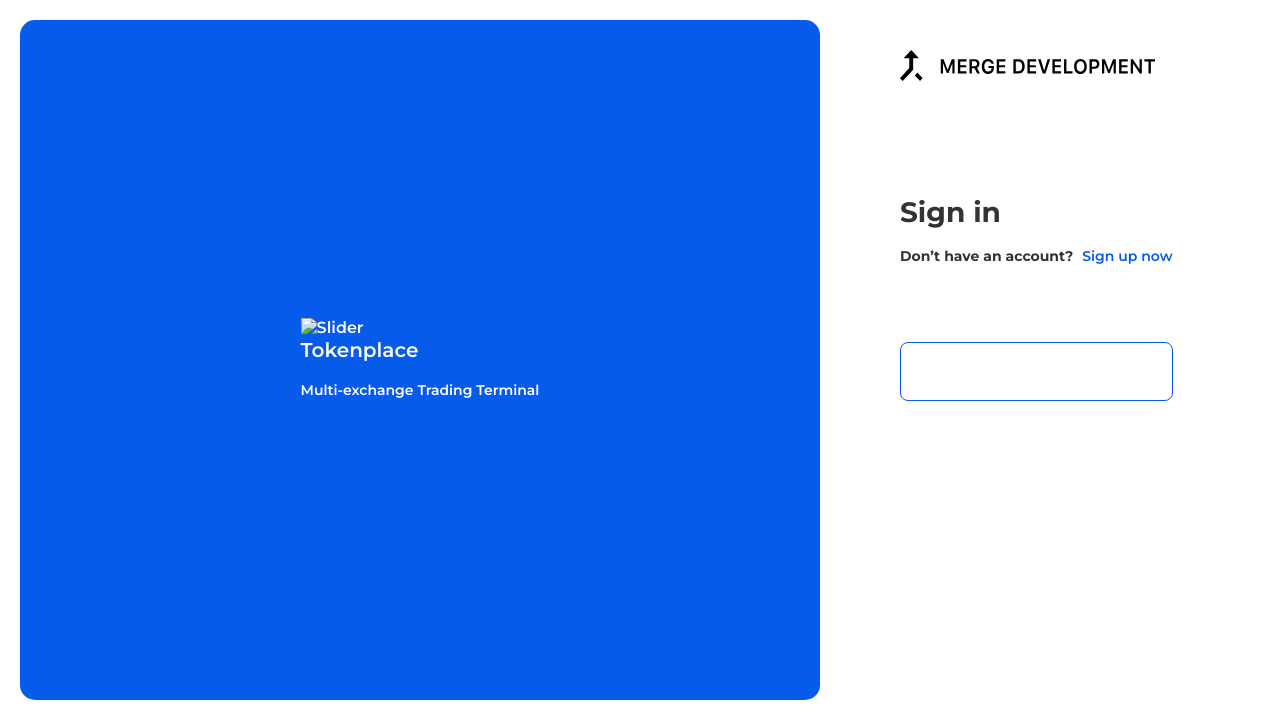
Repository: 13RedFox/form-project
Page: /
These files come from the project's save history. The page is drawn as it stood at one moment and after the next save; the edit follows.
The browser window is 1280 px wide. The pictures show the whole page.
The project was rebuilt for these pictures with package versions that can differ from the ones it lists, and the page was loaded fresh each time.

Above is the page before, as saved 2021-08-04 18:16:03.

### public/index.html
<!DOCTYPE html>
<html lang="en">

<head>
  <meta charset="utf-8" />
  <link rel="icon" href="%PUBLIC_URL%/favicon.ico" />
  <meta name="viewport" content="width=device-width, initial-scale=1" />
  <meta name="theme-color" content="#000000" />
  <meta name="description" content="Web site created using create-react-app" />
  <link rel="apple-touch-icon" href="%PUBLIC_URL%/logo192.png" />
  <link rel="manifest" href="%PUBLIC_URL%/manifest.json" />

  <title>Form Project</title>
  <link rel="preconnect" href="https://fonts.googleapis.com">
  <link rel="preconnect" href="https://fonts.gstatic.com" crossorigin>
  <link href="https://fonts.googleapis.com/css2?family=Montserrat:wght@600;700&display=swap" rel="stylesheet">
</head>

<body>
  <noscript>You need to enable JavaScript to run this app.</noscript>
  <div id="root"></div>
</body>

</html>

### src/index.js
import React from 'react';
import ReactDOM from 'react-dom';
import './index.scss';
import App from './components/App/App';

ReactDOM.render(
  <React.StrictMode>
    <App />
  </React.StrictMode>,
  document.getElementById('root')
);

### src/index.scss
* {
  margin: 0;
  padding: 0;
  box-sizing: border-box;
  font-family: 'Montserrat', -apple-system, BlinkMacSystemFont, 'Segoe UI', 'Roboto', 'Oxygen',
    'Ubuntu', 'Cantarell', 'Fira Sans', 'Droid Sans', 'Helvetica Neue', sans-serif;
  -webkit-font-smoothing: antialiased;
  -moz-osx-font-smoothing: grayscale;
}

### src/components/App/App.jsx
import React from 'react';
import Form from '../Form/Form';
import Slider from '../Slider/Slider';

import styles from './App.module.scss';

function App() {
  return (
    <div className={styles.wrapper}>
      <Slider />
      <Form />
    </div>
  );
}

export default App;

### src/components/Form/Form.jsx
import styles from './Form.module.scss';
import { ReactComponent as LogoIcon } from '../../assets/logo.svg';
import Input from '../Input/Input';

const Form = () => {
  return (
    <div className={styles.form}>
      <LogoIcon className={styles.icon} />
      <form action="#">
        <h1 className={styles.title}>Sign in</h1>
        <div className={styles.inner}>
          <p className={styles.text}>Don’t have an account?</p>
          <a href="#!" className={styles.signUp}>
            Sign up now
          </a>
        </div>
        <Input />
      </form>
    </div>
  );
};

export default Form;

### src/components/Slider/Slider.jsx
import styles from './Slider.module.scss';

const Slider = () => {
  return (
    <div className={styles.slider}>
      <div className={styles.card}>
        <div className={styles.wrapperImg}>
          <img src="#" alt="Slider" />
        </div>
        <h2 className={styles.title}>Tokenplace</h2>
        <p className={styles.description}>Multi-exchange Trading Terminal</p>
      </div>
    </div>
  );
};

export default Slider;

### src/components/App/App.module.scss
.wrapper {
  max-width: 1440px;
  height: 100vh;
  display: flex;
  background-color: #fff;
  padding: 20px;
  margin: 0 auto;
}

### src/components/Form/Form.module.scss
.form {
  padding-top: 30px;
  color: #333333;
}

.icon {
  margin-bottom: 110px;
}

.title {
  font-weight: bold;
  font-size: 28px;
  line-height: 34px;
  margin-bottom: 15px;
}

.inner {
  display: flex;
  align-items: center;
  margin-bottom: 60px;
}

.text {
  font-weight: bold;
  font-size: 14px;
  line-height: 24px;
}

.signUp {
  display: flex;
  font-weight: 600;
  font-size: 14px;
  line-height: 24px;
  color: #065bea;
  margin-left: 9px;
  text-decoration: none;
  transition: color 0.15s ease-in-out;

  &:hover {
    color: #0a4ab6;
  }
}

### src/components/Input/Input.jsx
import styles from './Input.module.scss';

const Input = ({ type, label }) => {
  return (
    <label htmlFor="input" className={styles.label}>
      {label}
      <input type={type} className={styles.input} />
    </label>
  );
};

export default Input;

### src/components/Slider/Slider.module.scss
.slider {
  width: 800px;
  height: 100%;
  background: #065bea;
  border-radius: 15px;
  display: flex;
  justify-content: center;
  align-items: center;
  color: #fff;
  margin-right: 80px;
}

.title {
  font-weight: 600;
  font-size: 20px;
  line-height: 26px;
  margin-bottom: 15px;
}

.description {
  font-weight: 600;
  font-size: 14px;
  line-height: 24px;
}

### src/components/Input/Input.module.scss
.label {
  display: flex;
  flex-direction: column;
  font-weight: 600;
  font-size: 14px;
  line-height: 24px;
  color: #333;
}

.input {
  width: 100%;
  max-width: 420px;
  padding: 20px;

  color: #333;
  background: #ffffff;
  border: 1px solid #065bea;
  border-radius: 8px;

  font-weight: 600;
  font-size: 14px;
  line-height: 17px;
  margin-top: 14px;
}

After the next save:
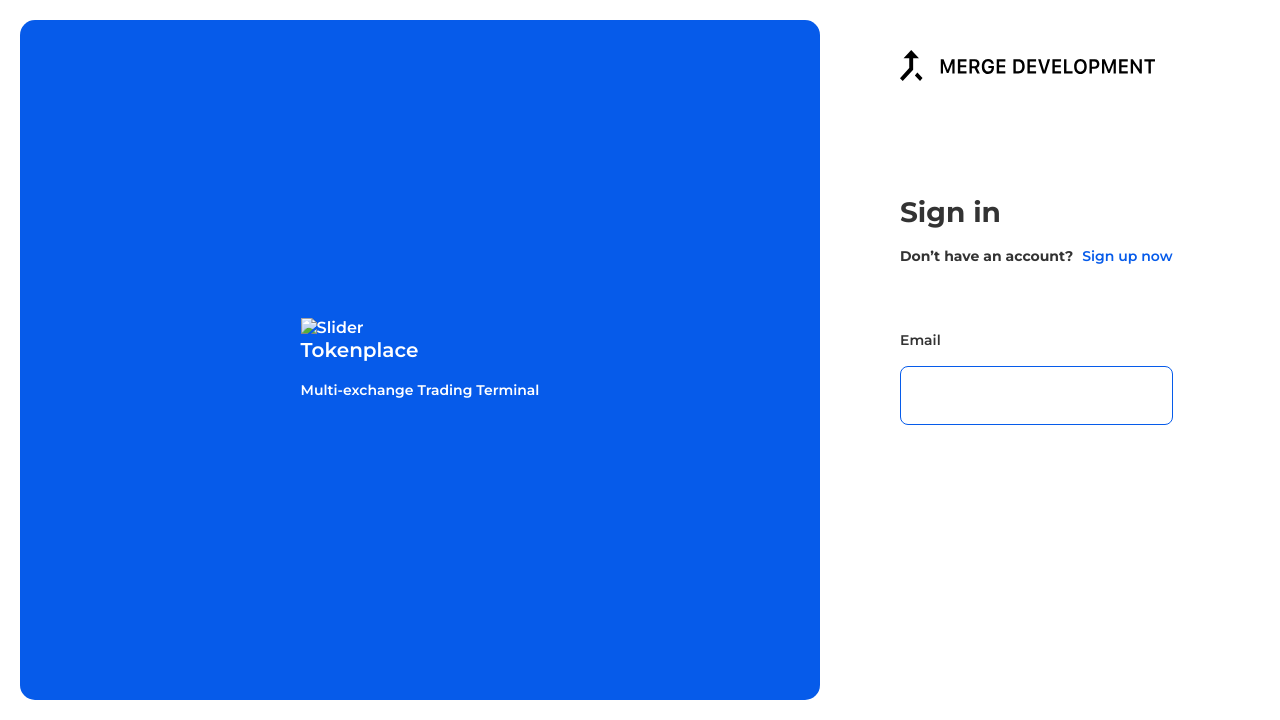
Saved 26 s later.
--- a/src/components/Form/Form.jsx
+++ b/src/components/Form/Form.jsx
@@ -14,7 +14,7 @@
             Sign up now
           </a>
         </div>
-        <Input />
+        <Input label="Email" />
       </form>
     </div>
   );
